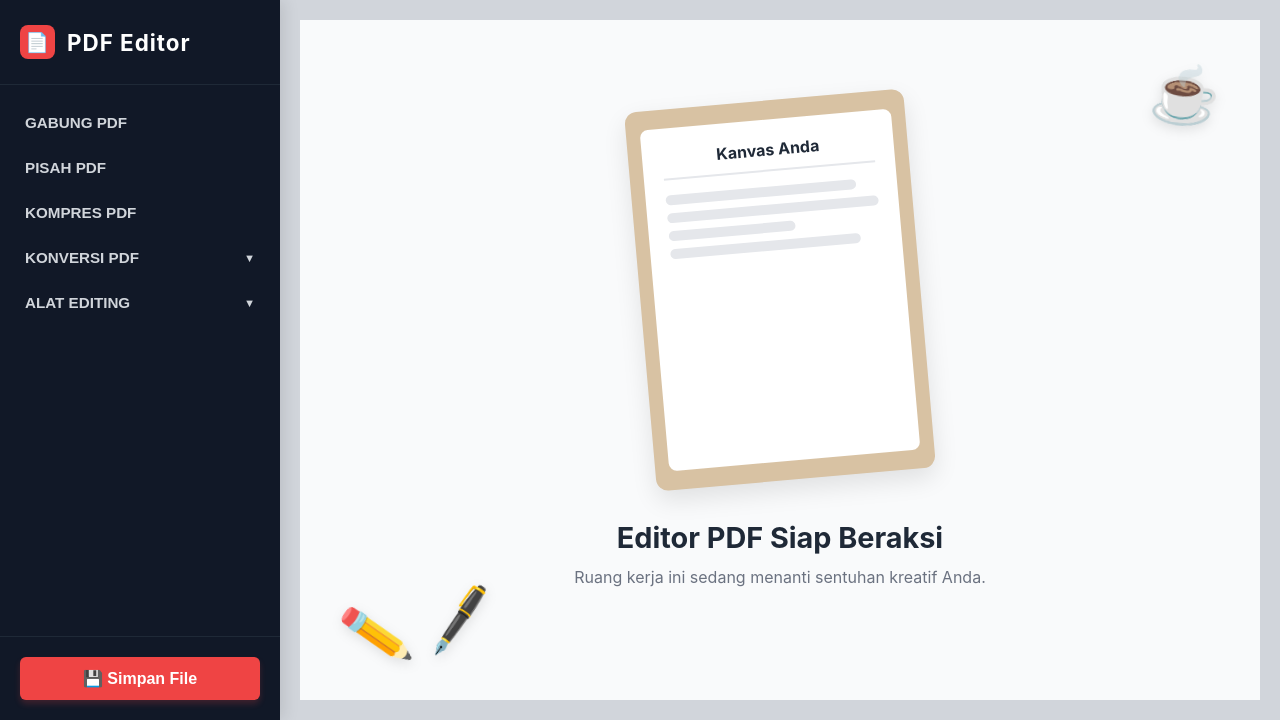
Repository: IkhsanMoekhtar/pdf_editor
Page: /
These files come from the project's save history. The page is drawn as it stood at one moment and after the next save; the edit follows.
The browser window is 1280 px wide. The pictures show the whole page.
The project was rebuilt for these pictures with package versions that can differ from the ones it lists, and the page was loaded fresh each time. Also part of the build but not shown: vite.config.js.

Above is the page before, as saved 2026-03-18 05:41:37.

After the next save:
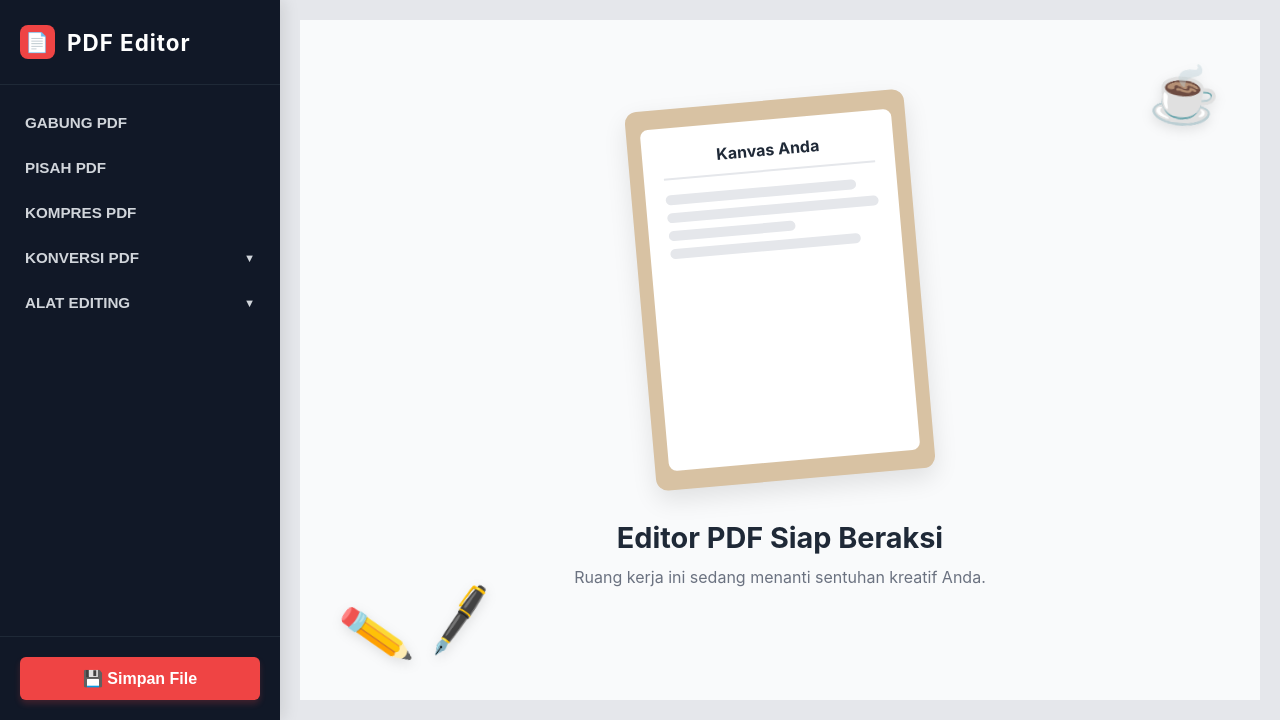
Saved 35 s later.
--- a/src/App.css
+++ b/src/App.css
@@ -172,7 +172,7 @@
 .viewer-container {
   width: 100%;
   height: 100%;
-  background-color: #d1d5db;
+
   display: flex;
   justify-content: center;
   align-items: center;

After the save that followed:
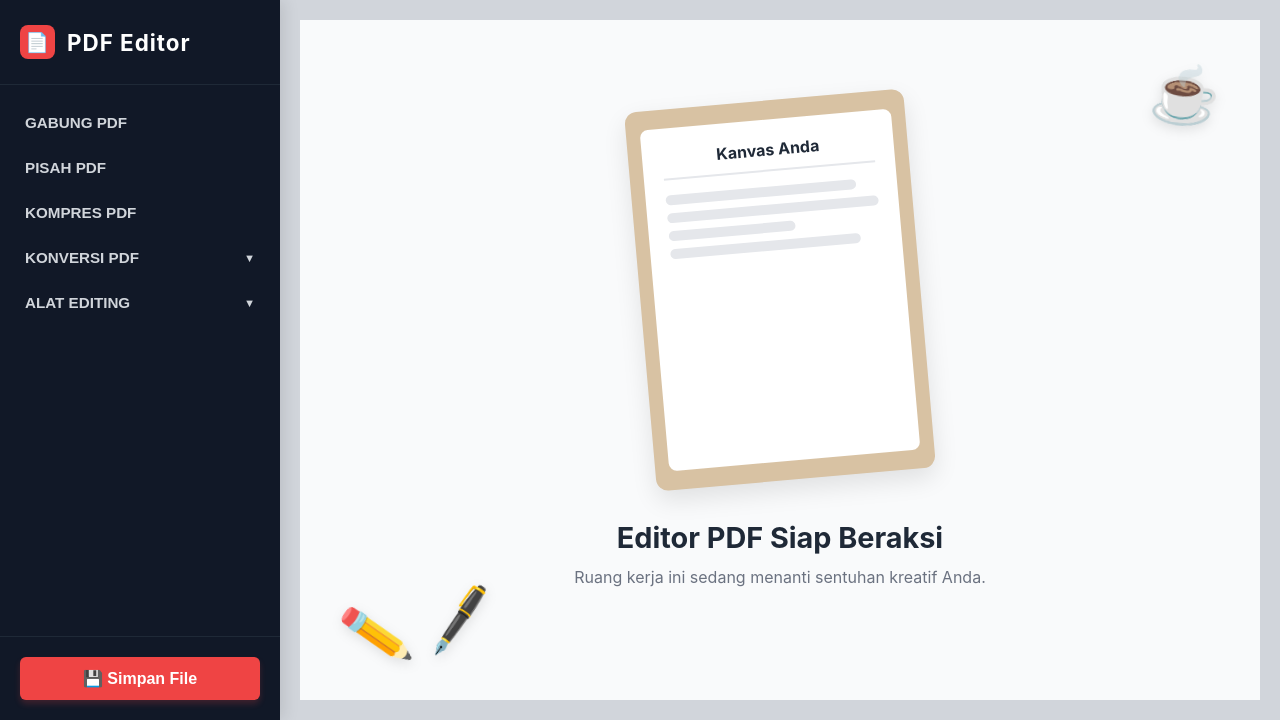
Saved 7 s later.
--- a/src/App.css
+++ b/src/App.css
@@ -172,7 +172,7 @@
 .viewer-container {
   width: 100%;
   height: 100%;
-
+  background-color: #d1d5db;
   display: flex;
   justify-content: center;
   align-items: center;
